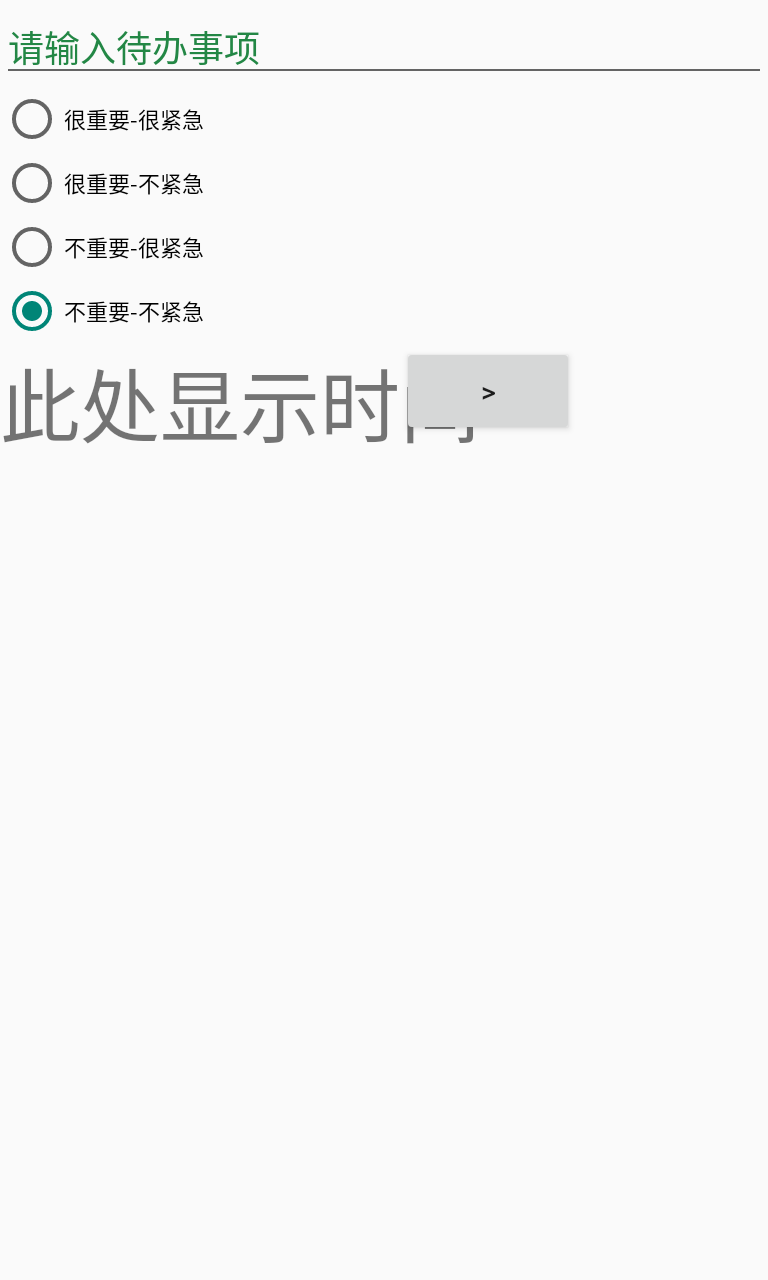
Repository: sh-zh-en/NBTodo
Layout: nbtodo/NBTodo/res/layout/addition_task_layout.xml
These files come from the project's save history. The layout is drawn as it stood at one moment and after the next save; the edit follows.
It is drawn on a 768 x 1280 px phone screen (xhdpi) without system bars, with theme AppTheme; the app's code is not run.

Above is the layout before, as saved 2015-02-12 17:33:02.

### nbtodo/NBTodo/res/layout/addition_task_layout.xml
<?xml version="1.0" encoding="utf-8"?>
<LinearLayout xmlns:android="http://schemas.android.com/apk/res/android"
    android:layout_width="match_parent"
    android:layout_height="match_parent"
    android:layout_gravity="bottom"
    android:orientation="vertical" >

    android:orientation="horizontal" >

    <EditText
	    android:id="@+id/edit_text1"
	    android:layout_width="fill_parent"
	    android:layout_height="wrap_content"
	    android:maxLength="40"
	    android:hint="@string/addition_task_layout_edittext01"
	    android:textColorHint="#238745"/>

    <RadioGroup
        android:id="@+id/radiogroup1"
        android:layout_width="wrap_content"
        android:layout_height="wrap_content"
        android:orientation="vertical"
        android:layout_x=""   >

        <RadioButton
            android:id="@+id/radiobutton1"
            android:layout_width="wrap_content"
            android:layout_height="wrap_content"
            android:layout_weight="1"
            android:checked="true"
            android:gravity="center"
            android:text="@string/addition_task_layout_radiobutton01"
            android:textSize="11.0sp" />

        <RadioButton
            android:id="@+id/radiobutton2"
            android:layout_width="wrap_content"
            android:layout_height="wrap_content"
            android:checked="true"
            android:gravity="center"
            android:text="@string/addition_task_layout_radiobutton02"
            android:textColor="@android:color/black"
            android:textSize="11.0sp" />

        <RadioButton
            android:id="@+id/radiobutton3"
            android:layout_width="wrap_content"
            android:layout_height="wrap_content"
            android:layout_weight="3"
            android:gravity="center"
            android:text="@string/addition_task_layout_radiobutton03"
            android:textColor="@android:color/black"
            android:textSize="11.0sp" />

        <RadioButton
            android:id="@+id/radiobutton4"
            android:layout_width="wrap_content"
            android:layout_height="wrap_content"
            android:checked="true"
            android:gravity="center"
            android:text="@string/addition_task_layout_radiobutton04"
            android:textColor="@android:color/black"
            android:textSize="11.0sp" />

    </RadioGroup>

    <FrameLayout
        android:layout_width="match_parent"
        android:layout_height="match_parent"
        android:layout_gravity="bottom"
        android:layout_marginRight="@dimen/abc_action_bar_icon_vertical_padding_material"
        android:orientation="vertical" >

		<TextView
		    android:id="@+id/dateAndTime"
		    android:layout_width="fill_parent"
		    android:layout_height="wrap_content"
		    android:lines="1"
		    android:text="@string/show_time"
		    android:textSize="40sp"
		     />

		<Button
		    android:id="@+id/setDate"
		    android:layout_width="wrap_content"
		    android:layout_height="wrap_content"
		    android:layout_marginLeft="200dp"
		    android:layout_weight="1"
		    android:text=">"
		    />

	    </FrameLayout>

</LinearLayout>

### nbtodo/NBTodo/res/values/strings.xml
<?xml version="1.0" encoding="utf-8"?>
<resources>

    <string name="app_name">NBTodo</string>
    <string name="hello_world">Hello world!</string>
    <string name="action_settings">Settings</string>


    <string name="activity_nbtodo_main_button01">添加任务</string>


    <string name="addition_task_layout_edittext01">请输入待办事项</string>
    <string name="addition_task_layout_radiobutton01">很重要-很紧急</string>
    <string name="addition_task_layout_radiobutton02">很重要-不紧急</string>
    <string name="addition_task_layout_radiobutton03">不重要-很紧急</string>
    <string name="addition_task_layout_radiobutton04">不重要-不紧急</string>
    <string name="show_time">此处显示时间</string>




</resources>

Loaded but not shown: nbtodo/NBTodo/res/values/styles.xml (common file); nbtodo/NBTodo/res/values-v11/styles.xml (common file); nbtodo/NBTodo/res/values-v14/styles.xml (common file)

After the next save:
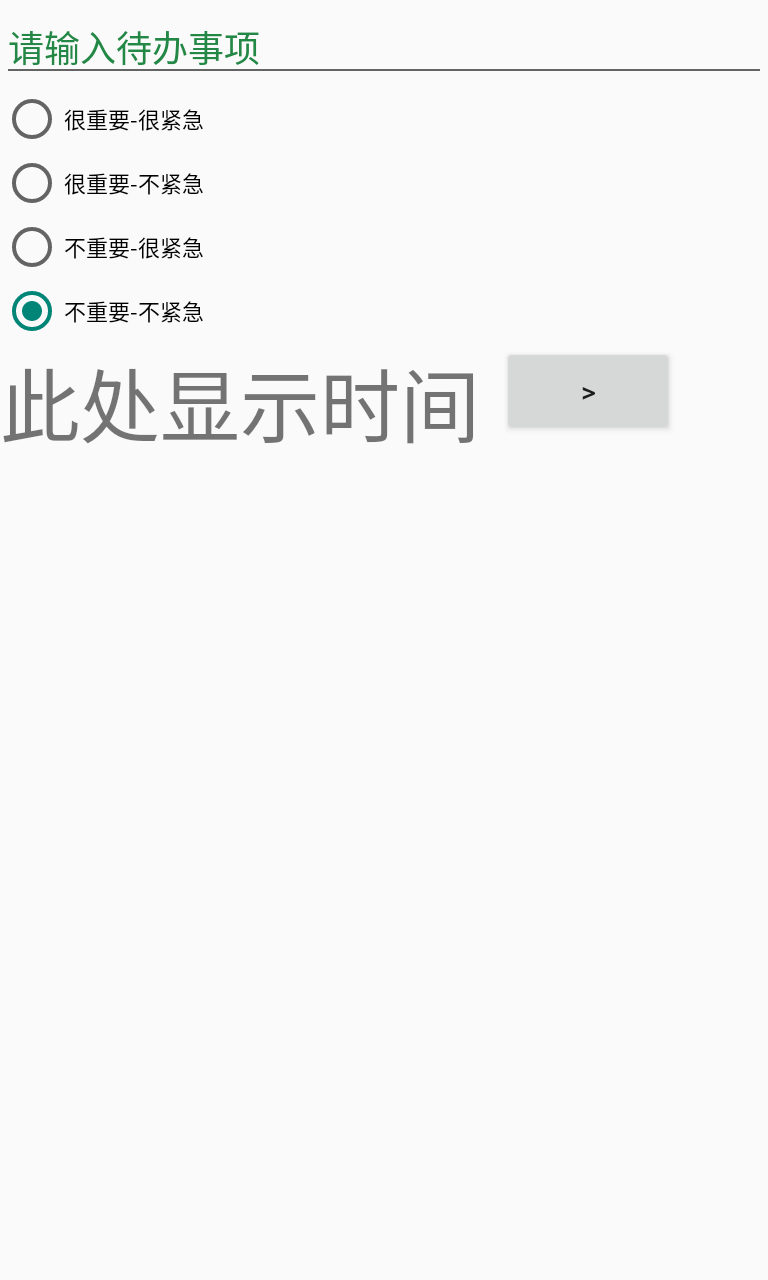
Saved 103 s later.
--- a/nbtodo/NBTodo/res/layout/addition_task_layout.xml
+++ b/nbtodo/NBTodo/res/layout/addition_task_layout.xml
@@ -20,7 +20,7 @@
         android:layout_width="wrap_content"
         android:layout_height="wrap_content"
         android:orientation="vertical"
-        android:layout_x=""   >
+          >
 
         <RadioButton
             android:id="@+id/radiobutton1"
@@ -84,10 +84,9 @@
 		    android:id="@+id/setDate"
 		    android:layout_width="wrap_content"
 		    android:layout_height="wrap_content"
-		    android:layout_marginLeft="200dp"
+		    android:layout_marginLeft="250dp"
 		    android:layout_weight="1"
-		    android:text=">"
-		    />
+		    android:text=">" />
 
 	    </FrameLayout>
 
